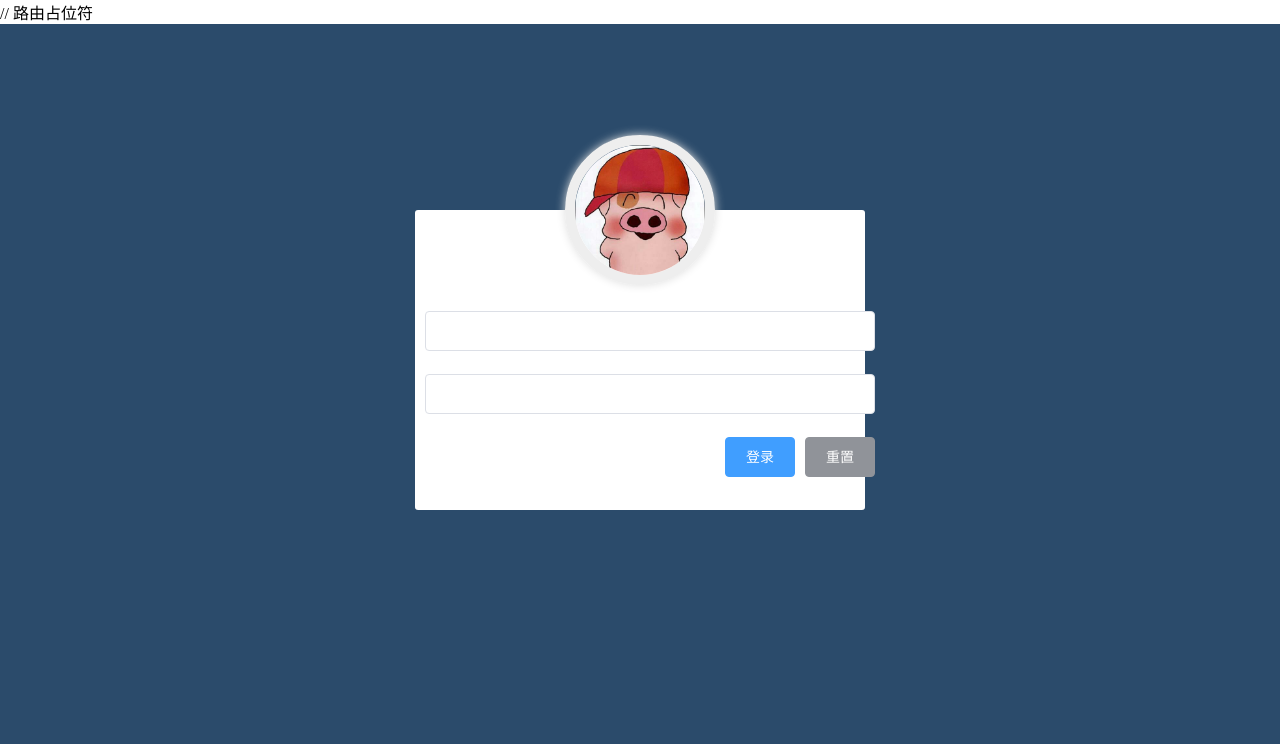
Repository: Japcy/onetwothree
Page: /
These files come from the project's save history. The page is drawn as it stood at one moment and after the next save; the edit follows.
The browser window is 1280 px wide. The pictures show the whole page.
The project was rebuilt for these pictures with package versions that can differ from the ones it lists, and the page was loaded fresh each time.

Above is the page before, as saved 2020-02-29 00:12:01.

### src/main.js
import Vue from 'vue'
import App from './App.vue'
import router from './router'
import './plugins/element.js'
// 导入全局样式表
import './assets/css/global.css'

Vue.config.productionTip = false

new Vue({
  router,
  render: h => h(App)
}).$mount('#app')

### src/App.vue
<template>
  <div id="app">
    // 路由占位符
    <router-view></router-view>
  </div>
</template>

<script>

export default {
  name: 'app',
  components: {
  }
}
</script>

<style>

</style>

### src/router/index.js
import Vue from 'vue'
import VueRouter from 'vue-router'
import Login from '../components/Login.vue'

Vue.use(VueRouter)

const routes = [
  {
    path: '/',
    redirect: '/login'
  },
  {
    path: '/login',
    component: Login
  }
]

const router = new VueRouter({
  routes
})

export default router

### src/assets/css/global.css
/* 全局样式表 */
html,
body,
#app {
  height: 100%;
  margin: 0;
  padding: 0;
  box-sizing: border-box;
}

### src/components/Login.vue
<template>
  <div class="login">
    <div class="login-box">
      <div class="avatar">
        <img src="../assets/img/logo.jpg" alt />
      </div>
      <!-- 登录表单区 -->
      <el-form label-width="0px" class="login-form">
        <!-- 用户名 -->
        <el-form-item>
          <el-input></el-input>
        </el-form-item>
        <!-- 密码 -->
        <el-form-item>
          <el-input></el-input>
        </el-form-item>
        <!-- 按钮区域 -->
        <el-form-item class="btns">
          <el-button type="primary">登录</el-button>
          <el-button type="info">重置</el-button>
        </el-form-item>
      </el-form>
    </div>
  </div>
</template>

<script type="text/ecmascript-6">
export default {
  name: 'login',
  data () {
    return {}
  },
  components: {},
  methods: {}
}
</script>

<style lang="less" scoped>
.login {
  background-color: #2b4b6b;
  height: 100%;
}
.login-box {
  width: 450px;
  height: 300px;
  background-color: #fff;
  border-radius: 3px;
  position: absolute;
  left: 50%;
  top: 50%;
  transform: translate(-50%, -50%);

  .avatar {
    width: 130px;
    height: 130px;
    border: 10px solid #eee;
    border-radius: 50%;
    overflow: hidden;
    box-shadow: 0 0 10px #ddd;
    position: absolute;
    left: 50%;
    transform: translate(-50%, -50%);

    img {
      width: 100%;
      height: auto;
    }
  }
}
.login-form {
  position: absolute;
  bottom: 0;
  width: 100%;
  padding: 10px;
}
.btns {
  display: flex;
  justify-content: flex-end;
}
</style>

Loaded but not shown: public/index.html (common file); src/plugins/element.js (common file)

After the next save:
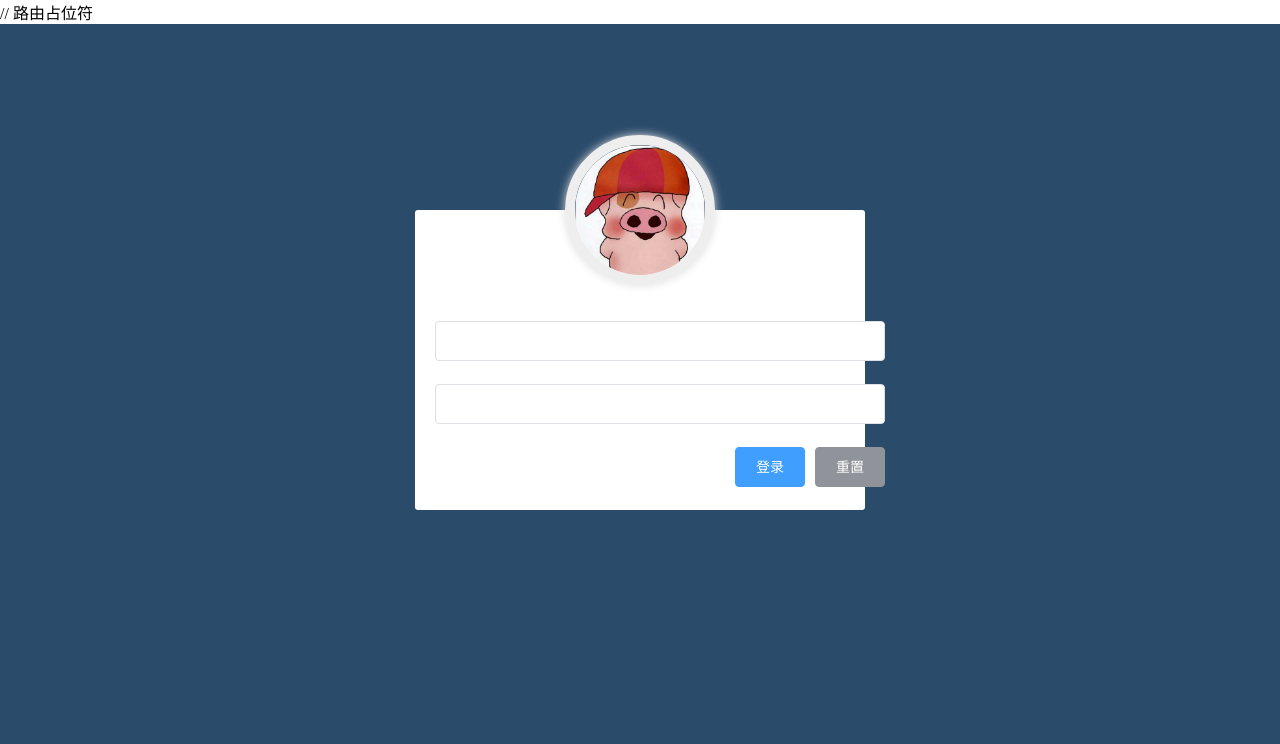
Saved 53 s later.
--- a/src/components/Login.vue
+++ b/src/components/Login.vue
@@ -71,7 +71,7 @@ export default {
   position: absolute;
   bottom: 0;
   width: 100%;
-  padding: 10px;
+  padding: 0 20px;
 }
 .btns {
   display: flex;
